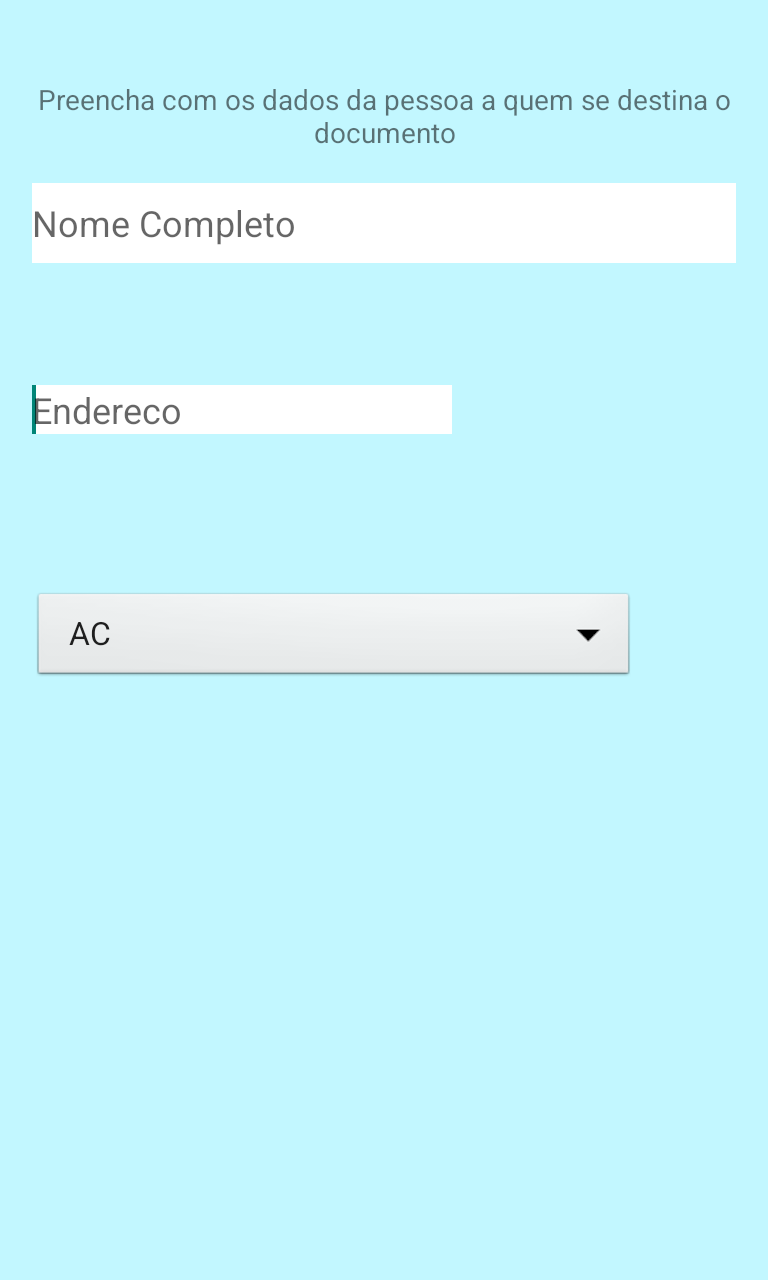
Repository: pdelfino/Projeto-livre
Layout: Protesto Livre/ProtestoLivre/res/layout/fragment_tela05.xml
These files come from the project's save history. The layout is drawn as it stood at one moment and after the next save; the edit follows.
It is drawn on a 768 x 1280 px phone screen (xhdpi) without system bars, with theme AppTheme; the app's code is not run.

Above is the layout before, as saved 2014-05-29 00:41:10.

After the next save:
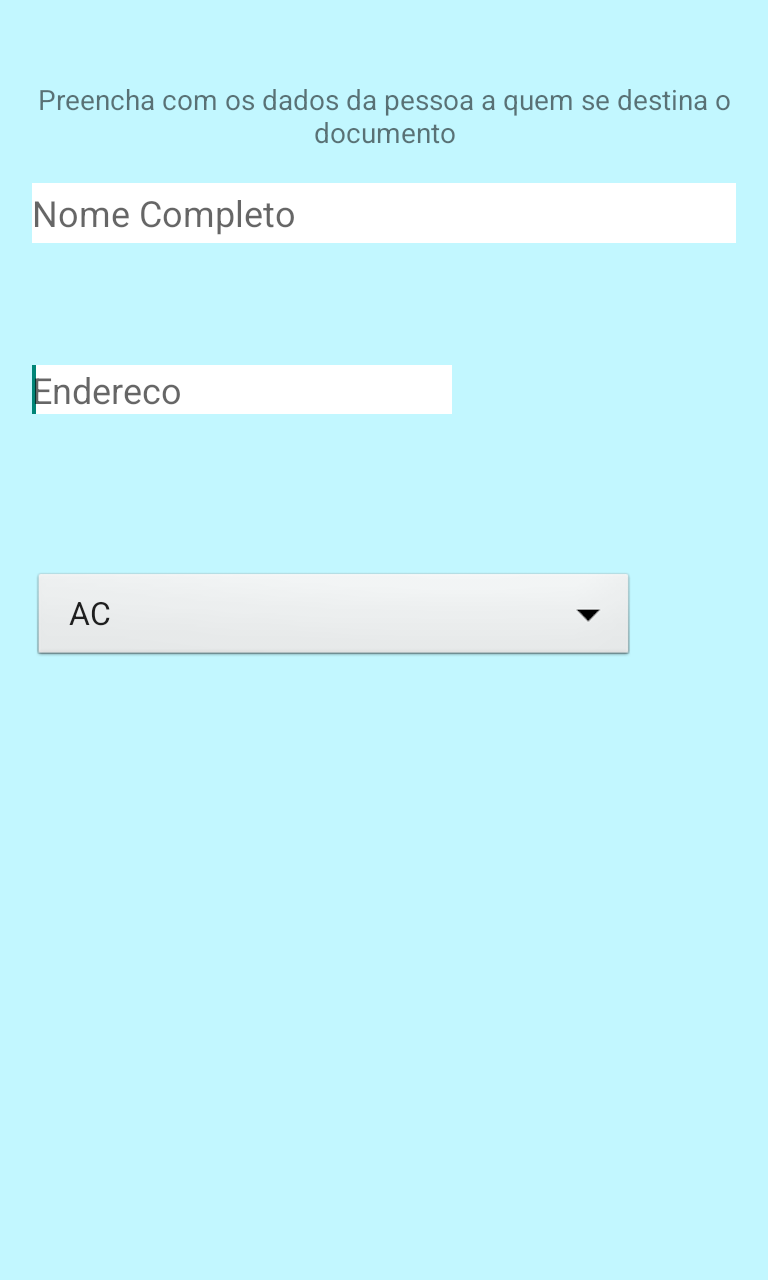
Saved 12 s later.
--- a/Protesto Livre/ProtestoLivre/res/layout/fragment_tela05.xml
+++ b/Protesto Livre/ProtestoLivre/res/layout/fragment_tela05.xml
@@ -48,7 +48,7 @@
     <EditText
         android:id="@+id/Nome"
         android:layout_width="wrap_content"
-        android:layout_height="40dp"
+        android:layout_height="30dp"
         android:layout_alignLeft="@+id/textView1"
         android:layout_alignRight="@+id/textView1"
         android:layout_below="@+id/textView1"
